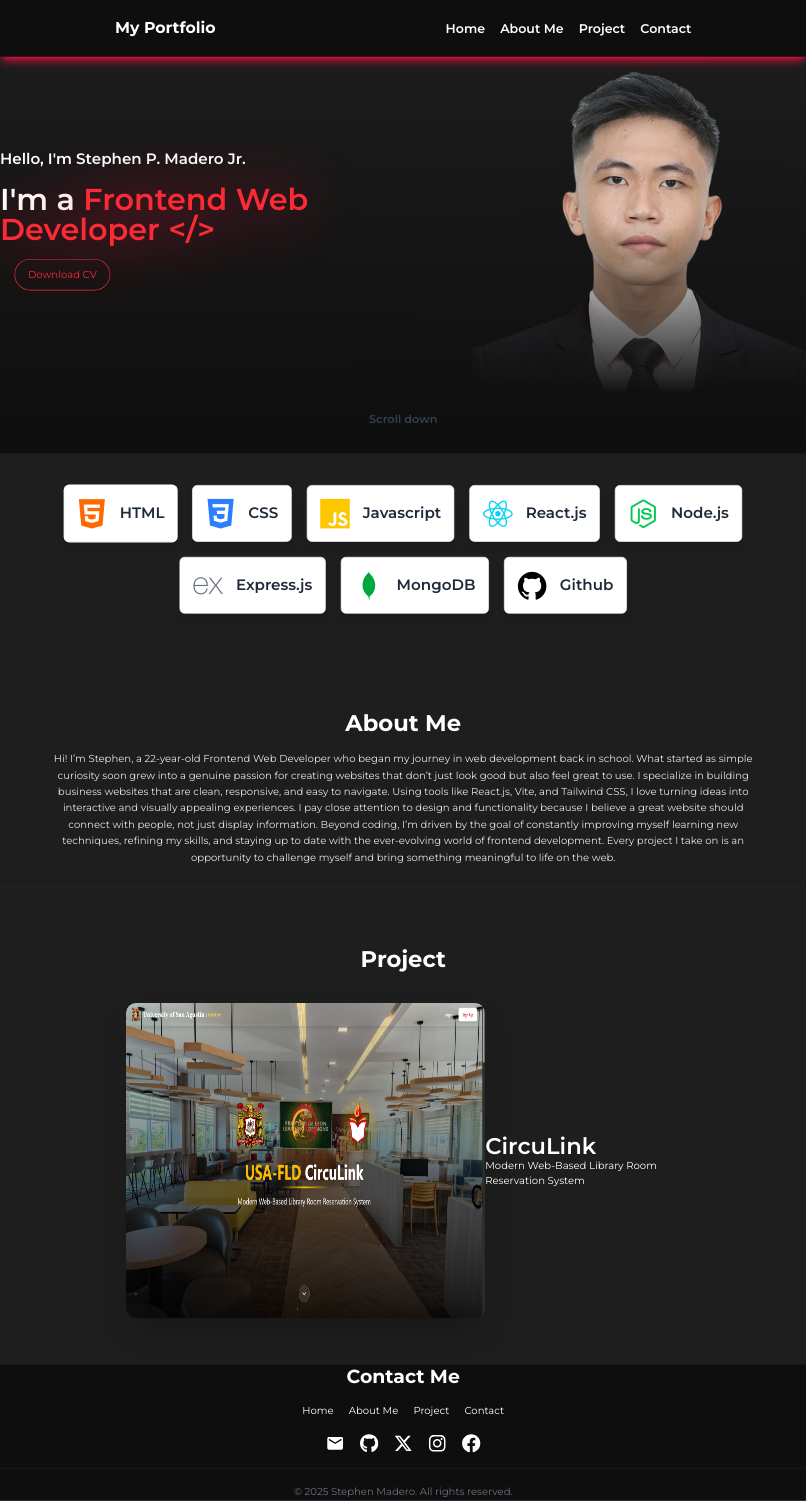
Repository: KaguyaKawaii/portfolio
Page: / (app in frontend/)
An editor plug-in stored every save of this project. The page is shown before and after the next save, followed by the edit.
The browser window is 1280 px wide. The pictures show the whole page, at 63% of full size.
Some web libraries are served in a nearby version. The project was rebuilt for these pictures with package versions that can differ from the ones it lists, and the page was loaded fresh each time. Also part of the build but not shown: frontend/vite.config.js.

Above is the page before, as saved 2025-10-29 00:02:34.

After the next save:
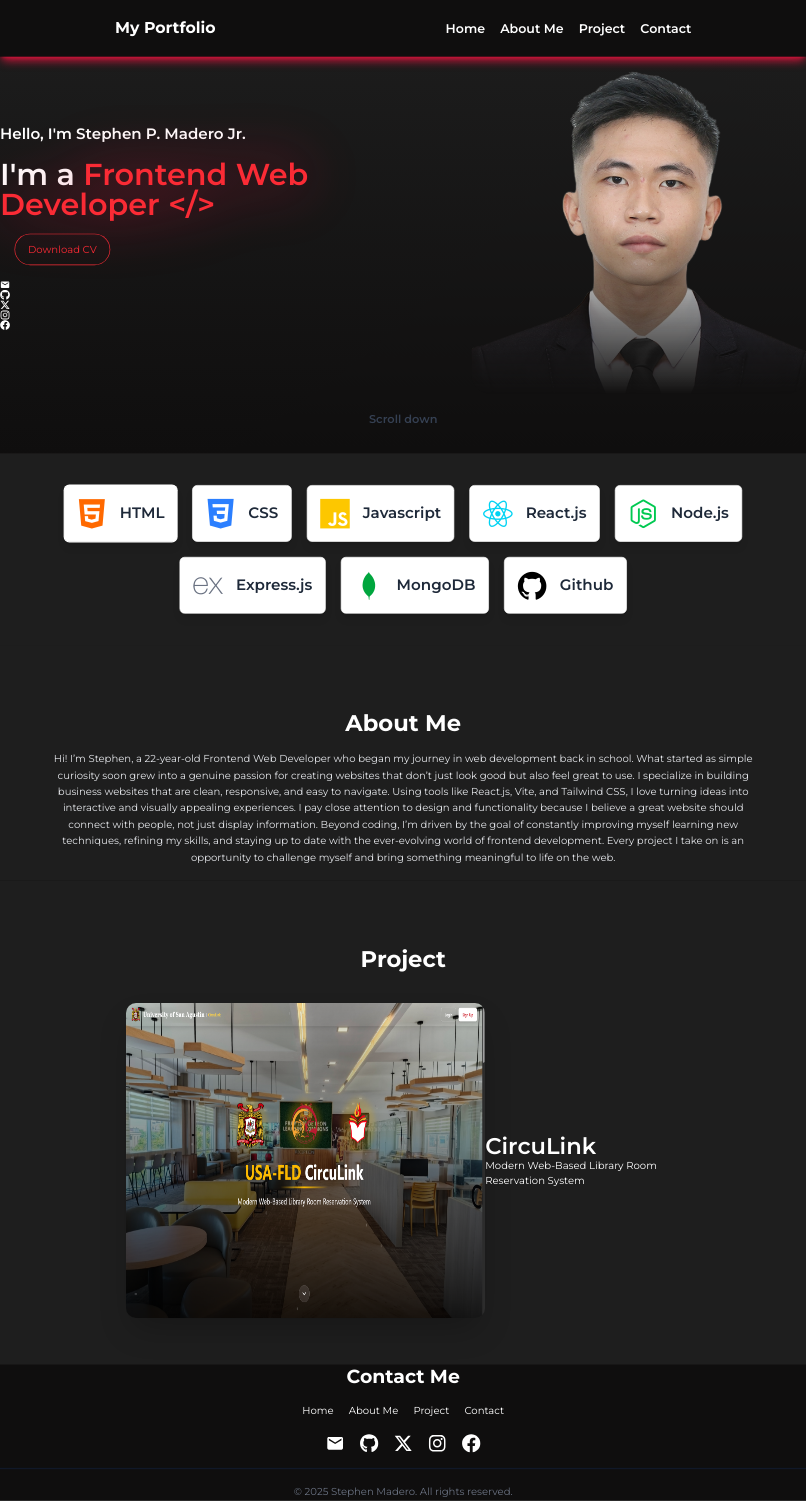
Saved 2 min 17 s later.
--- a/frontend/src/App.jsx
+++ b/frontend/src/App.jsx
@@ -74,6 +74,56 @@
 
                   <p className='ring-1 ring-red-500 text-red-500 rounded-3xl w-[150px] p-3 text-center hover:text-gray-800 hover:bg-white hover:ring-gray-800 transition-all duration-300 cursor-pointer'>Download CV</p>
 
+              </div>
+
+              <div>
+                {/* Email */}
+              <a
+                href="mailto:stephenmadero.dev@gmail.com"
+                className="hover:text-[#dc143c] transition"
+              >
+                <MdEmail />
+              </a>
+
+              {/* GitHub */}
+              <a
+                href="https://github.com/stephenmadero"
+                target="_blank"
+                rel="noopener noreferrer"
+                className="hover:text-[#dc143c] transition"
+              >
+                <FaGithub />
+              </a>
+
+              {/* Twitter */}
+              <a
+                href="https://twitter.com/stephenmadero"
+                target="_blank"
+                rel="noopener noreferrer"
+                className="hover:text-[#dc143c] transition"
+              >
+                <FaXTwitter />
+              </a>
+
+              {/* Instagram */}
+              <a
+                href="https://instagram.com/stephenmadero"
+                target="_blank"
+                rel="noopener noreferrer"
+                className="hover:text-[#dc143c] transition"
+              >
+                <FaInstagram />
+              </a>
+
+              {/* Facebook */}
+              <a
+                href="https://facebook.com/stephenmadero"
+                target="_blank"
+                rel="noopener noreferrer"
+                className="hover:text-[#dc143c] transition"
+              >
+                <FaFacebook />
+              </a>
               </div>
 
             </div>
